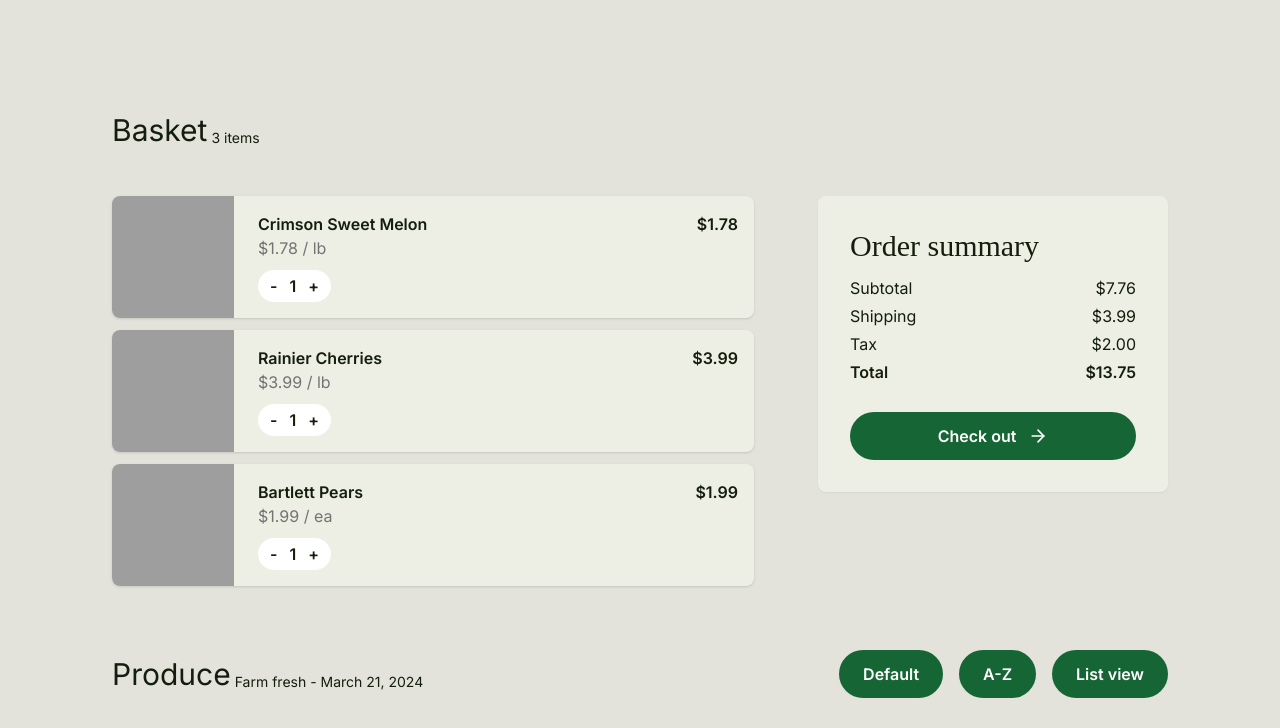
Repository: wswiselife/CSS
Page: / (app in figma-20240618/)
These files come from the project's save history. The page is drawn as it stood at one moment and after the next save; the edit follows.
The browser window is 1280 px wide. The pictures show the part of the page from y = 1280 to 2008 px (the page is 2008 px tall).
Pictures or frames that could not be fetched are drawn as grey boxes. Some web fonts or font styles are not loaded; a fallback is used. The project was rebuilt for these pictures with package versions that can differ from the ones it lists, and the page was loaded fresh each time. The framework's server and built-in components were replaced by stand-ins that run in the browser. Also part of the build but not shown: figma-20240618/next.config.mjs, figma-20240618/app/components/navbar/UserItem.tsx.

Above is the page before, as saved 2024-06-19 09:20:29.

After the next save:
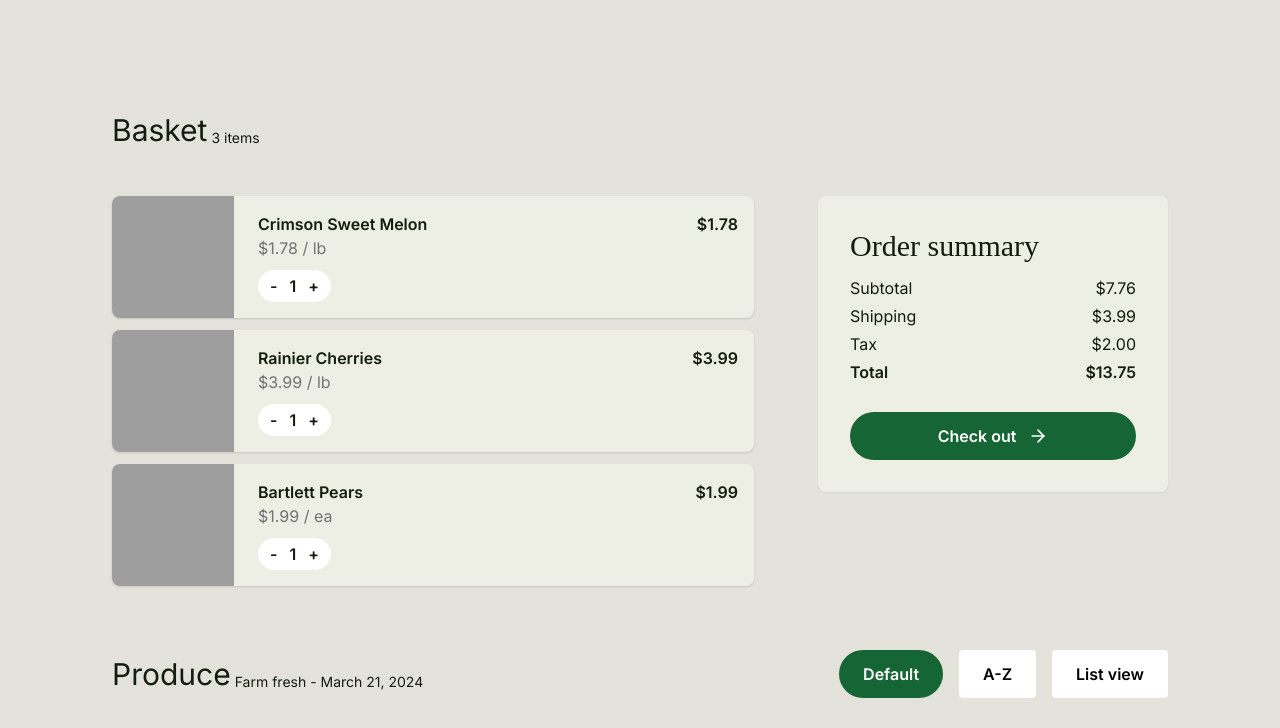
Saved 61 s later.
--- a/figma-20240618/app/components/Produce.tsx
+++ b/figma-20240618/app/components/Produce.tsx
@@ -7,8 +7,8 @@ const Produce = ()=>{
     const operateContent = (
         <div className="hidden md:flex justify-center items-center gap-4">
             <Button label="Default" onClick={()=>{}} ></Button>
-            <Button label="A-Z" onClick={()=>{}} ></Button>
-            <Button label="List view" onClick={()=>{}} ></Button>
+            <Button label="A-Z" onClick={()=>{}} secondry></Button>
+            <Button label="List view" onClick={()=>{}} secondry></Button>
         </div>
     )
 
